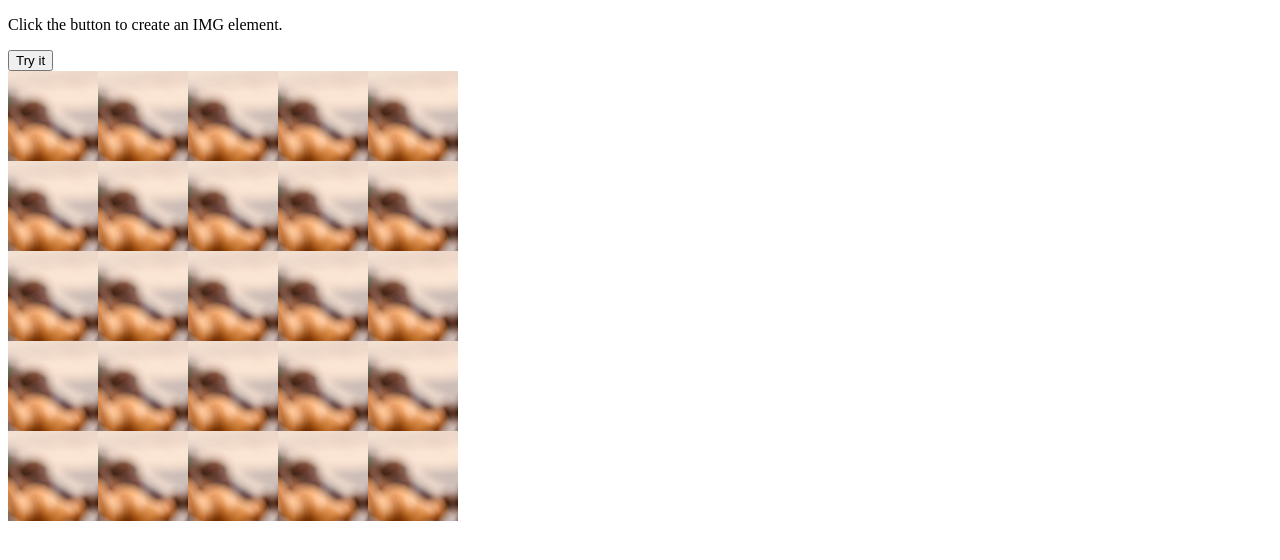
Repository: rashmikagamage/puzzle-vanila-js
Page: index.html
These files come from the project's save history. The page is drawn as it stood at one moment and after the next save; the edit follows.
The browser window is 1280 px wide. The pictures show the whole page.

Above is the page before, as saved 2020-08-05 22:20:15.

### index.html
<!DOCTYPE html>
<html>

<head>
    <link rel="stylesheet" type="text/css" href="./style.css">
</head>

<body>

    <p>Click the button to create an IMG element.</p>

    <button onclick="myFunction(5)">Try it</button>
    <div class="gridContainer" id="imgContainer"></div>
    <script src="./function.js">
    </script>

</body>

</html>

### style.css
.gridContainer {
    display: grid;
}

### function.js
function myFunction(num) {

    let cellSize = 450 / num + "px";
    let diff = 100 / num;
    let grid = "";
    let row = num;
    let col = num;
    let idCount = 0
    let xPosition = 00;
    let yPosition = 100;
    console.log(cellSize)

    for (let i = 0; i < num; i++) {
        grid = grid + cellSize + " ";
    }

    document.getElementById("imgContainer").style.gridTemplateColumns = grid;

    for (let i = 0; i < row; i++) {

        let yPosition = 0;

        for (let j = 0; j < col; j++) {

            var x = document.createElement("div");
            x.style.width = cellSize;
            x.style.height = cellSize;
            x.style.backgroundImage = "url('./chess.jpg')"
            x.style.backgroundPosition = xPosition + "% " + yPosition + "%"
            x.id = "img" + idCount;
            document.getElementById("imgContainer").appendChild(x);
            // yPosition = yPosition + (100/num);
        }
        // xPosition = xPosition + (100/num);
    }
}

myFunction(5);

After the next save:
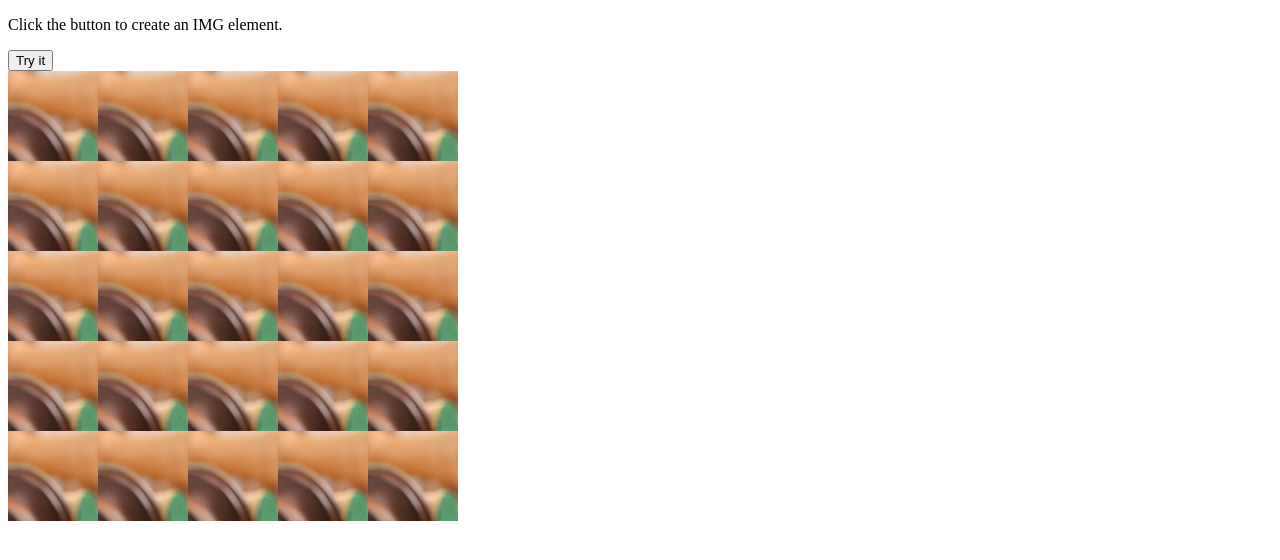
Saved 10 s later.
--- a/function.js
+++ b/function.js
@@ -6,7 +6,7 @@
     let row = num;
     let col = num;
     let idCount = 0
-    let xPosition = 00;
+    let xPosition = 40;
     let yPosition = 100;
     console.log(cellSize)
 

After the save that followed:
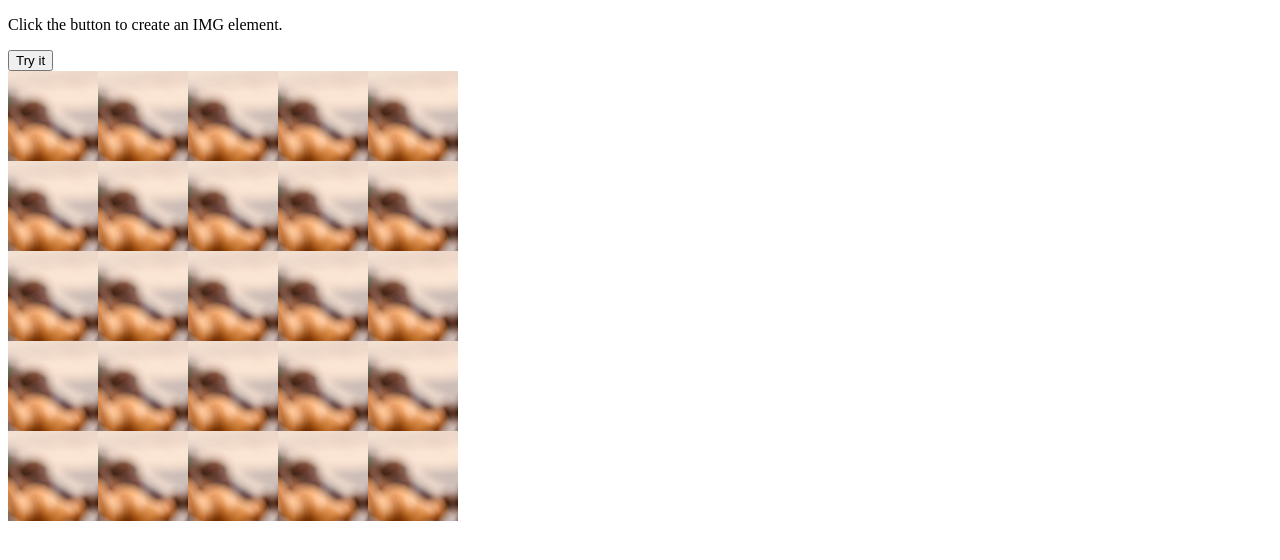
Saved 62 s later.
--- a/function.js
+++ b/function.js
@@ -6,8 +6,8 @@
     let row = num;
     let col = num;
     let idCount = 0
-    let xPosition = 40;
-    let yPosition = 100;
+    let xPosition = 0;
+    let yPosition = 180;
     console.log(cellSize)
 
     for (let i = 0; i < num; i++) {
